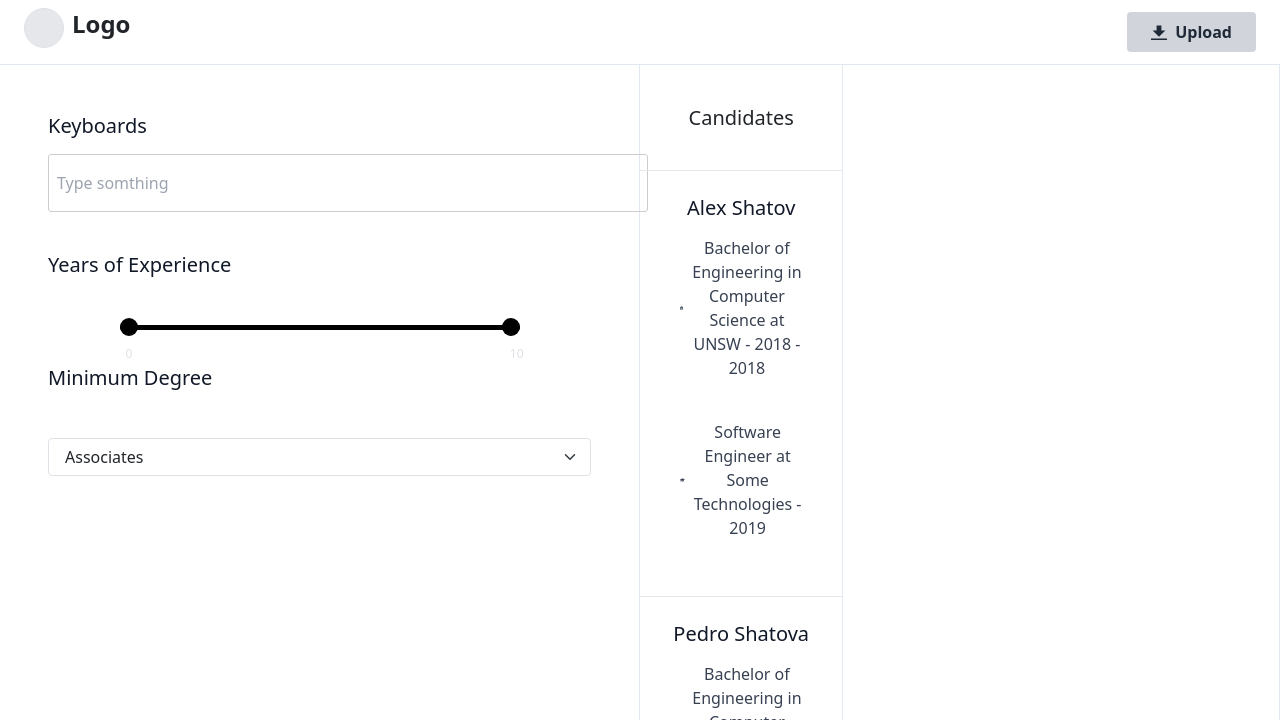
Repository: VictorJPimentel/Resume-Matcher
Page: / (app in frontend/)
An editor plug-in stored every save of this project. The page is shown before and after a run of saves, followed by the edit.
The browser window is 1280 px wide. The pictures show the whole page.
An inner scrolling area shows only its first screen. The project was rebuilt for these pictures with package versions that can differ from the ones it lists, and the page was loaded fresh each time. Also part of the build but not shown: frontend/src/components/multiRangeSlider/discount-range.jsx, frontend/src/components/FileUpload.jsx.

Above is the page before, as saved 2022-08-11 19:27:43.

After the next 2 saves:
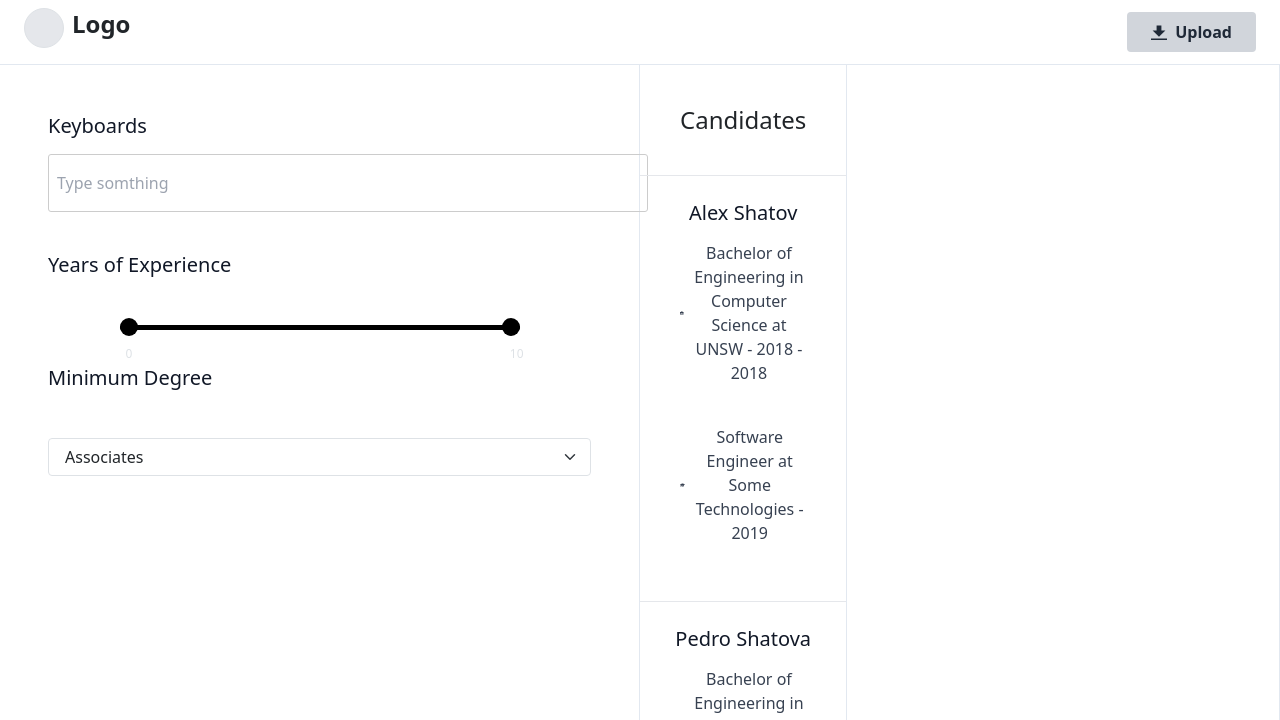
The 2 saves are shown as one change because they came seconds apart.
The last was saved 42 s later.
--- a/frontend/src/components/Candidates.jsx
+++ b/frontend/src/components/Candidates.jsx
@@ -44,7 +44,7 @@ function Candidates({ setCandidate }) {
       className="flex flex-col z-40 left-0 top-0 h-full no-scrollbar w-2/5 border-r border-slate-200
       "
     >
-      <div className="border-b text-xl leading-tight font-medium p-10 text-center">
+      <div className="border-b text-2xl bold leading-tight font-medium p-10 text-center">
         Candidates
       </div>
       <div className="h-full">
